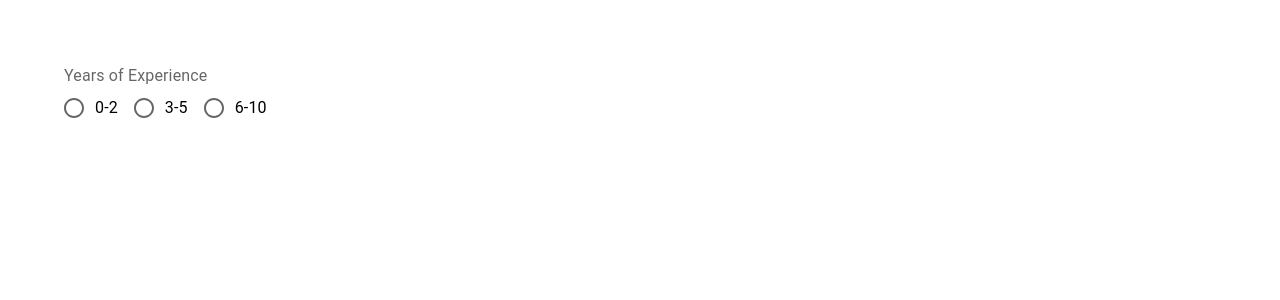
Repository: janidulnkg1/react-mui
Page: / (app in mui-demo/)
The author's editor kept a copy of each file at every save. The page is drawn from the files as they stood at one save, then again after the next save.
The browser window is 1280 px wide. The pictures show the whole page.
The project was rebuilt for these pictures with package versions that can differ from the ones it lists, and the page was loaded fresh each time.

Above is the page before, as saved 2023-11-09 09:39:09.

After the next save:
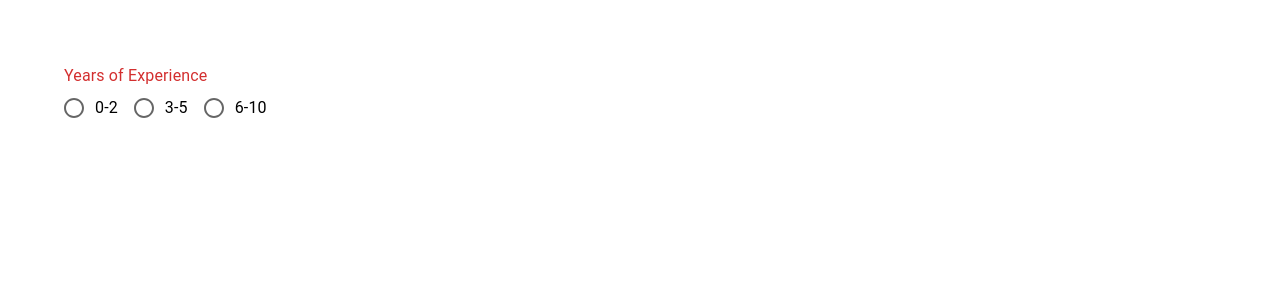
Saved 62 s later.
--- a/mui-demo/src/components/MuiRadioButton.tsx
+++ b/mui-demo/src/components/MuiRadioButton.tsx
@@ -10,7 +10,7 @@ export const MuiRadioButton = () => {
     }
   return (
     <Box>
-        <FormControl>
+        <FormControl error>
             <FormLabel id='job-experience-group-label'>
                 Years of Experience
             </FormLabel>
